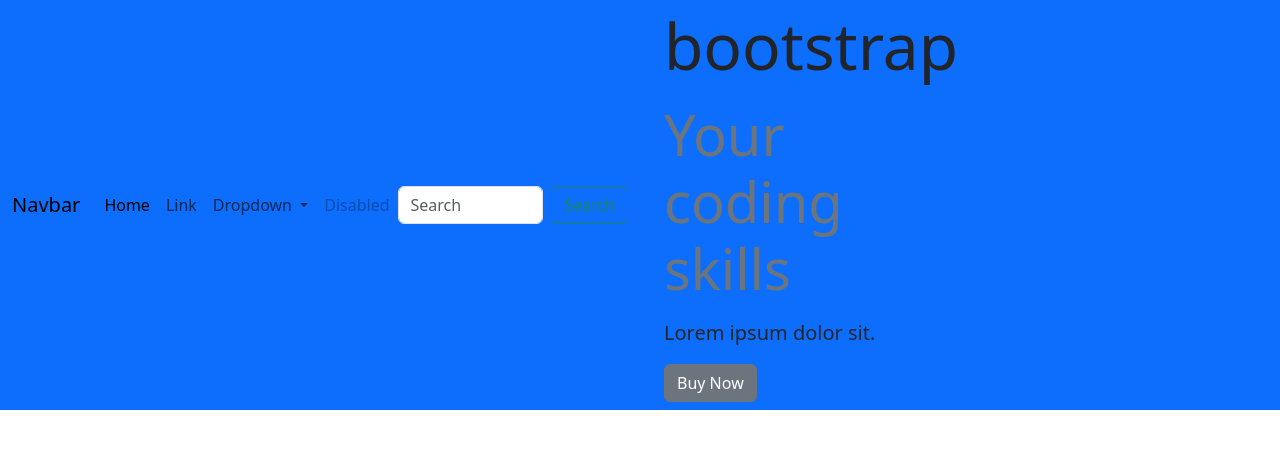
Repository: Riyakashiwala/practical
Page: riya 6th sem/book website.html
These files come from the project's save history. The page is drawn as it stood at one moment and after the next save; the edit follows.
The browser window is 1280 px wide. The pictures show the whole page.

Above is the page before, as saved 2024-12-11 06:40:56.

### riya 6th sem/book website.html
<!DOCTYPE html>
<html lang="en">
<head>
    <meta charset="UTF-8">
    <meta name="viewport" content="width=device-width, initial-scale=1.0">
    <title>Book Website</title>
    <link href="https://cdn.jsdelivr.net/npm/bootstrap@5.3.3/dist/css/bootstrap.min.css" rel="stylesheet" integrity="sha384-QWTKZyjpPEjISv5WaRU9OFeRpok6YctnYmDr5pNlyT2bRjXh0JMhjY6hW+ALEwIH" crossorigin="anonymous">
    <style>
        section{
            padding-top: ;
        }
    </style>

</head>
<body>
    <nav class="navbar navbar-expand-lg bg-primary">
        <div class="container-fluid bg-primary">
            <a class="navbar-brand" href="#">Navbar</a>
            <button class="navbar-toggler" type="button" data-bs-toggle="collapse" data-bs-target="#navbarSupportedContent" aria-controls="navbarSupportedContent" aria-expanded="false" aria-label="Toggle navigation">
            <span class="navbar-toggler-icon"></span>
            </button>
            <div class="collapse navbar-collapse" id="navbarSupportedContent">
            <ul class="navbar-nav me-auto mb-2 mb-lg-0">
                <li class="nav-item">
                <a class="nav-link active" aria-current="page" href="#">Home</a>
                </li>
                <li class="nav-item">
                <a class="nav-link" href="#">Link</a>
                </li>
                <li class="nav-item dropdown">
                <a class="nav-link dropdown-toggle" href="#" role="button" data-bs-toggle="dropdown" aria-expanded="false">
                Dropdown
                </a>
                <ul class="dropdown-menu">
                <li><a class="dropdown-item" href="#">Action</a></li>
                <li><a class="dropdown-item" href="#">Another action</a></li>
                <li><hr class="dropdown-divider"></li>
                <li><a class="dropdown-item" href="#">Something else here</a></li>
                </ul>
                </li>
            <li class="nav-item">
                <a class="nav-link disabled" aria-disabled="true">Disabled</a>
            </li>
            </ul>
            <form class="d-flex" role="search">
            <input class="form-control me-2" type="search" placeholder="Search" aria-label="Search">
            <button class="btn btn-outline-success" type="submit">Search</button>
            </form>
        </div>
        </div>
        <div class="container-fluid bg-primary">
        <div class="container">
            <section id="intro">
                <div class="row justify-content-start">
                    <div class="col-6">
                        <p class="display-3">bootstrap</p>
                        <p class="display-4 text-secondary">Your coding skills</p>
                        <p class="lead">Lorem ipsum dolor sit.</p>
                        <button class="btn btn-secondary">Buy Now</button>
                        <br>
                    </div>
                </div>
            </section>
        </div>
        </div>
    </nav>
    <script src="https://cdn.jsdelivr.net/npm/bootstrap@5.3.3/dist/js/bootstrap.bundle.min.js" integrity="sha384-YvpcrYf0tY3lHB60NNkmXc5s9fDVZLESaAA55NDzOxhy9GkcIdslK1eN7N6jIeHz" crossorigin="anonymous"></script>
</body>
</html>

After the next save:
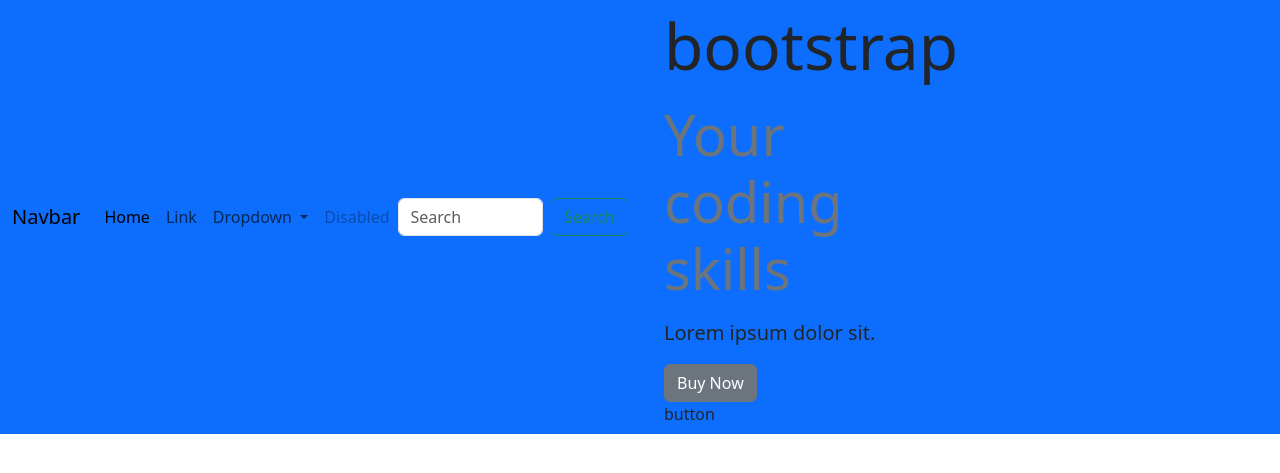
Saved 6 s later.
--- a/riya 6th sem/book website.html
+++ b/riya 6th sem/book website.html
@@ -58,6 +58,7 @@
                         <p class="lead">Lorem ipsum dolor sit.</p>
                         <button class="btn btn-secondary">Buy Now</button>
                         <br>
+                        button
                     </div>
                 </div>
             </section>
